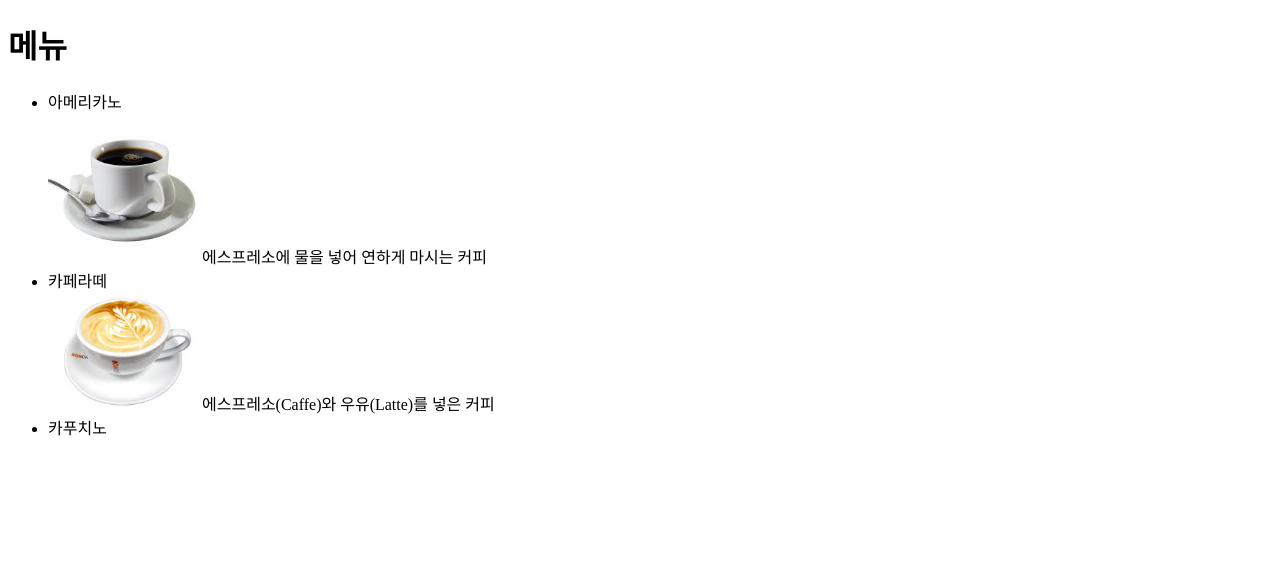
Repository: younseochoi/AI_PLATFORM
Page: my_code/03_web/html/src/main/webapp/menu.html
An editor plug-in stored every save of this project. The page is shown before and after the next save, followed by the edit.
The browser window is 1280 px wide. The pictures show the whole page.

Above is the page before, as saved 2022-07-21 08:35:08.

### my_code/03_web/html/src/main/webapp/menu.html
<!DOCTYPE html>
<html>
<head>
<meta charset="UTF-8">
<title>Insert title here</title>
</head>
<body>
<h1>메뉴</h1>
<ul>
	<li>아메리카노</li>
		<img src="images/americano.jpg" width="150" height="150">
		에스프레소에 물을 넣어 연하게 마시는 커피

	<li>카페라떼</li>
		<img src="images/cafelatte.jpg" width="150" heigth="150">
		에스프레소(Caffe)와 우유(Latte)를 넣은 커피
	<li>카푸치노</li>
</ul>
</body>
</html>

After the next save:
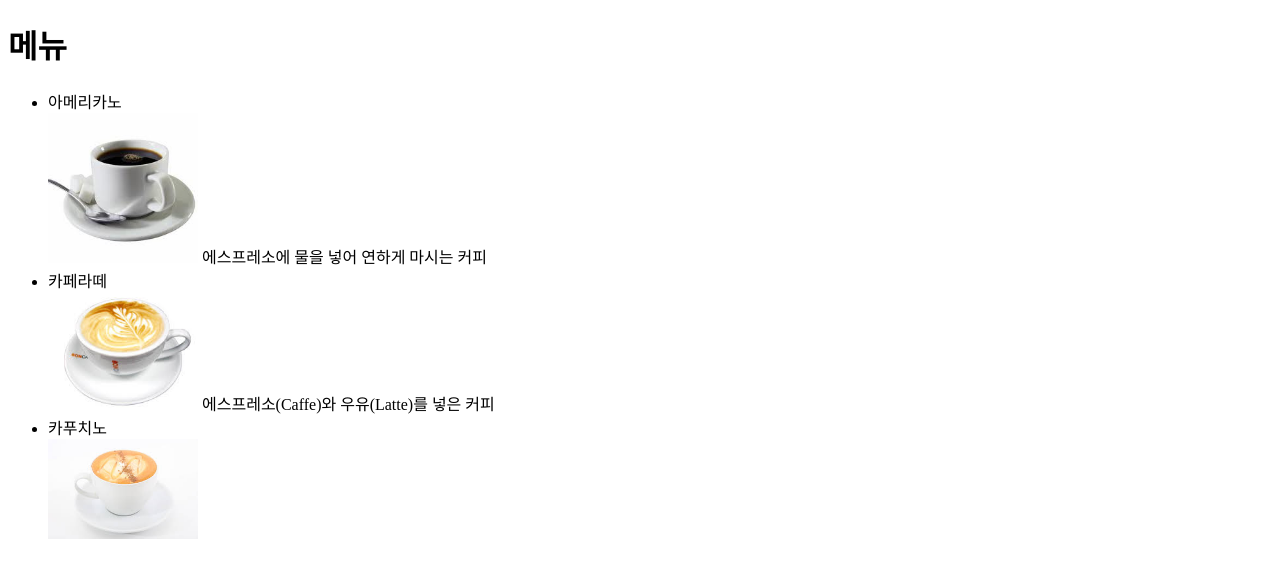
Saved 27 s later.
--- a/my_code/03_web/html/src/main/webapp/menu.html
+++ b/my_code/03_web/html/src/main/webapp/menu.html
@@ -15,6 +15,7 @@
 		<img src="images/cafelatte.jpg" width="150" heigth="150">
 		에스프레소(Caffe)와 우유(Latte)를 넣은 커피
 	<li>카푸치노</li>
+		<img src="images/cappuccino.jpg" width="150" heigth="150">
 </ul>
 </body>
 </html>
